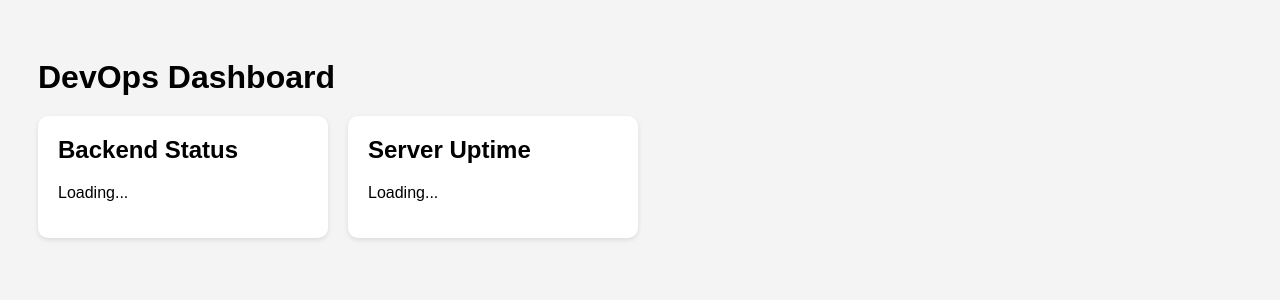
Repository: manoj-991/devops-dashboard
Page: frontend/index.html
These files come from the project's save history. The page is drawn as it stood at one moment and after the next save; the edit follows.
The browser window is 1280 px wide. The pictures show the whole page.

Above is the page before, as saved 2026-05-22 23:58:20.

After the next save:
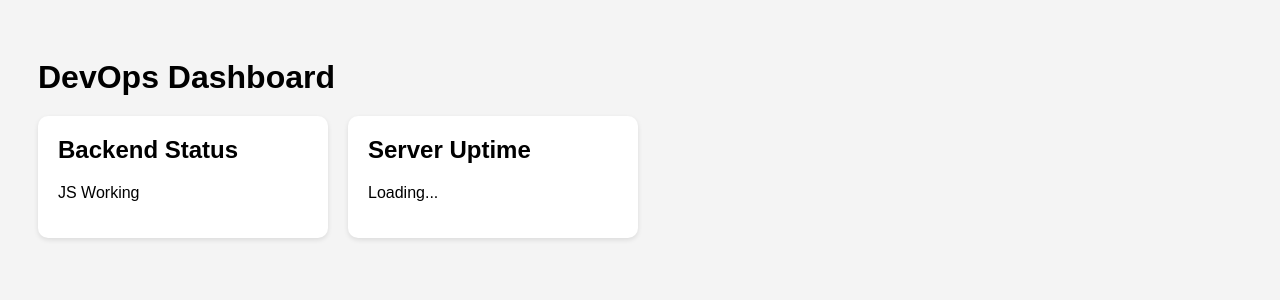
Saved 7 min 58 s later.
--- a/frontend/app.js
+++ b/frontend/app.js
@@ -1,50 +1,4 @@
-async function checkBackend() {
+console.log("APP JS LOADED");
 
-    const response = await fetch("/api/health");
-
-    const data = await response.json();
-
-    document.getElementById("result").innerText =
-        data.message;
-}
-
-async function getUptime() {
-
-    const response = await fetch("/api/uptime");
-
-    const data = await response.json();
-    async function loadBackendStatus() {
-
-        const response = await fetch("/api/health");
-
-        const data = await response.json();
-
-        document.getElementById("backend-status").innerText =
-            data.status;
-    }
-
-    async function loadUptime() {
-
-        const response = await fetch("/api/uptime");
-
-        const data = await response.json();
-
-        document.getElementById("uptime-result").innerText =
-            data.uptime;
-    }
-
-    async function loadDashboard() {
-
-        await loadBackendStatus();
-
-        await loadUptime();
-    }
-
-    // Initial load
-    loadDashboard();
-
-    // Auto refresh every 5 seconds
-    setInterval(loadDashboard, 5000);
-    document.getElementById("uptime-result").innerText =
-        data.uptime;
-}
+document.getElementById("backend-status").innerText =
+    "JS Working";
